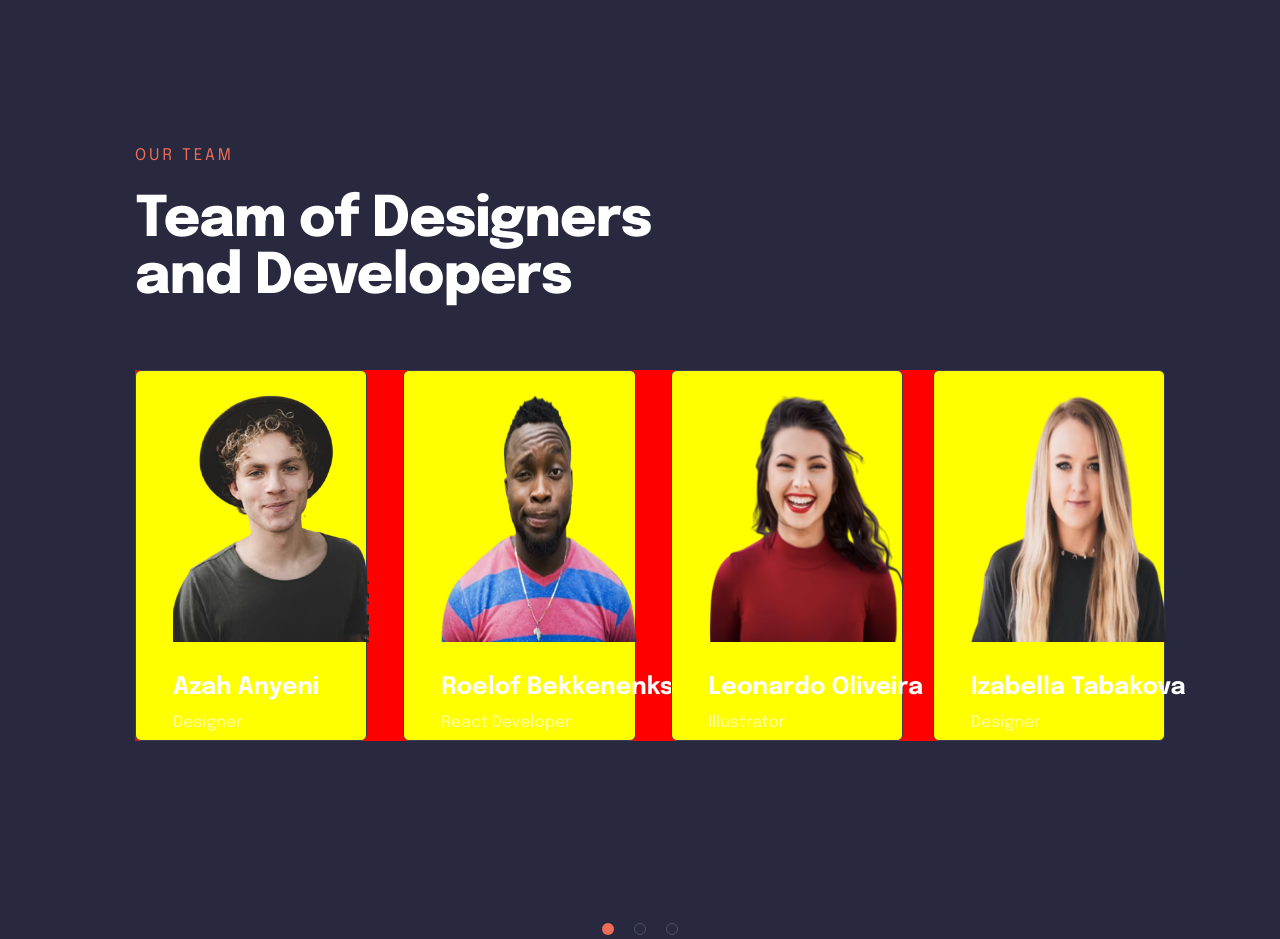
Repository: simralgasimov/ourteam
Page: index.html
The author's editor kept a copy of each file at every save. The page is drawn from the files as they stood at one save, then again after the next save.
The browser window is 1280 px wide. The pictures show the whole page.

Above is the page before, as saved 2023-09-06 13:02:11.

After the next save:
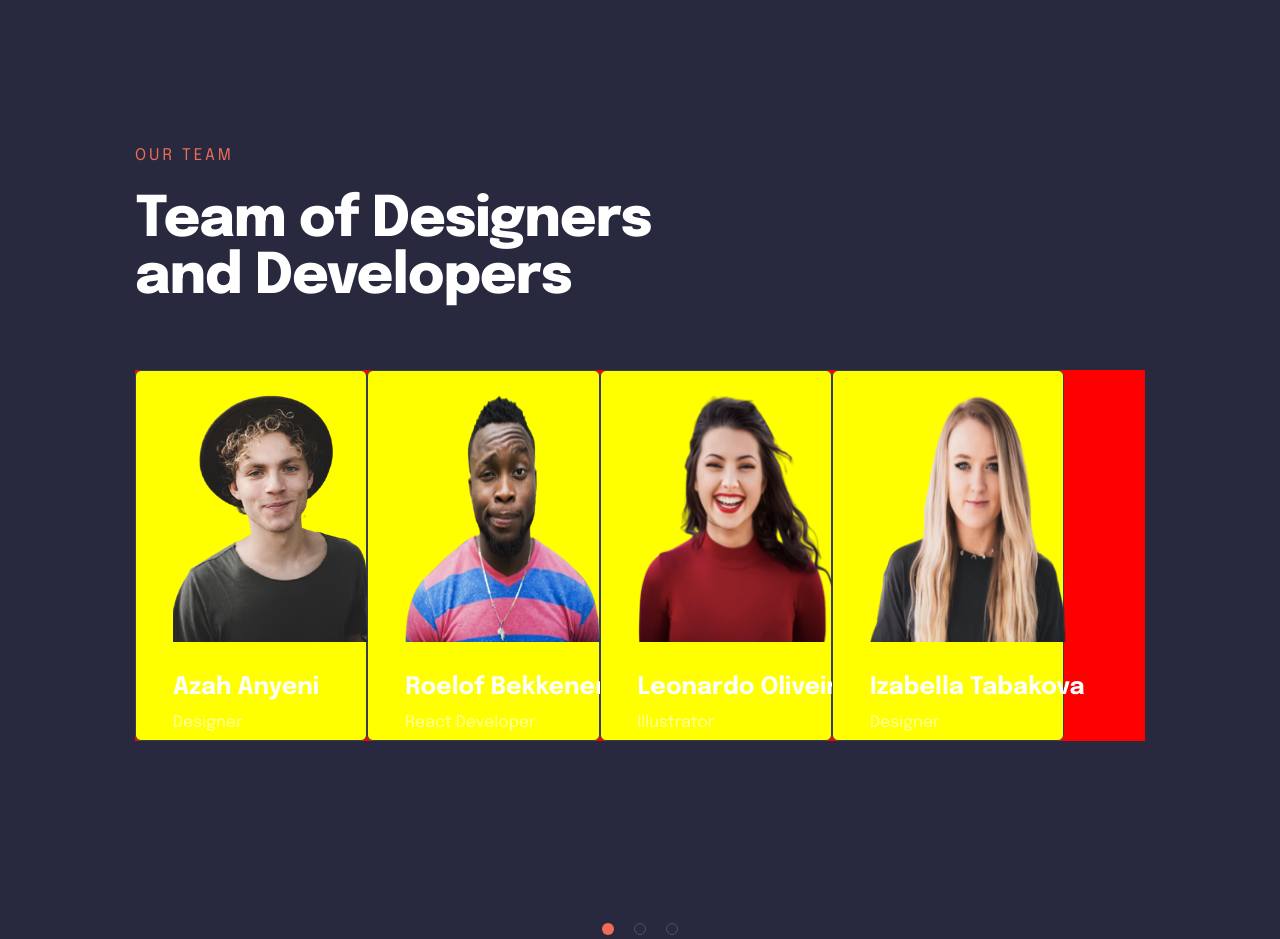
Saved 59 s later.
--- a/index.css
+++ b/index.css
@@ -83,17 +83,6 @@
   width: 233px;
 }
 
-.container .container-1 .box:nth-child(2) {
-  margin-left: 36px;
-}
-
-.container .container-1 .box:nth-child(3) {
-  margin-left: 35px;
-}
-
-.container .container-1 .box:nth-child(4) {
-  margin-left: 30px;
-}
 
 .container-2 {
   background: #28293e;
